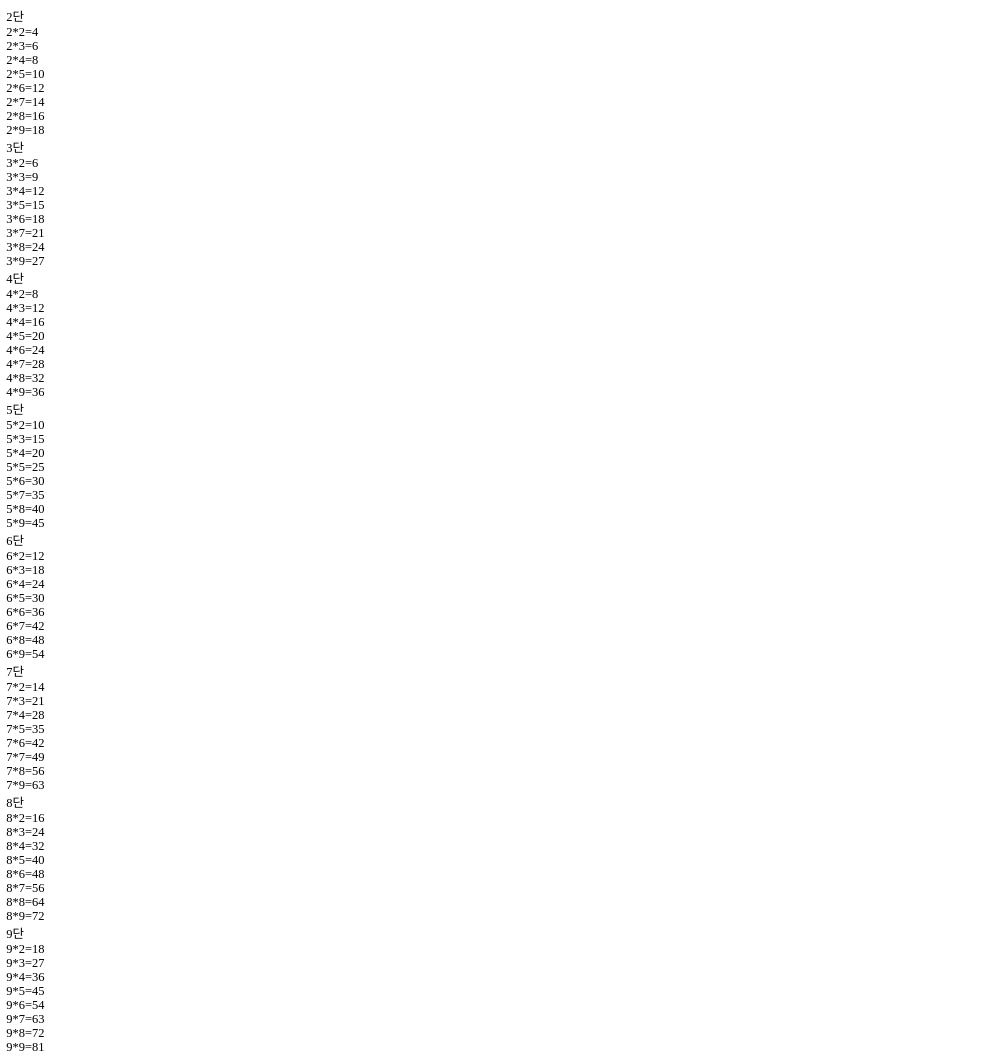
Repository: ksj2001/JSPclass2023
Page: http://localhost/Chapter01/Test04.jsp
The author's editor kept a copy of each file at every save. The page is drawn from the files as they stood at one save, then again after the next save.
The browser window is 1280 px wide. The pictures show the whole page, at 78% of full size.
The page is served by Tomcat 9.

Above is the page before, as saved 2023-11-08 05:44:27.

### Chapter01/src/main/webapp/Test04.jsp
<%@ page language="java" contentType="text/html; charset=UTF-8"
    pageEncoding="UTF-8"%>
<!DOCTYPE html>
<html>
<head>
<meta charset="UTF-8">
<title>Insert title here</title>
</head>
<body>
<%
	for(int i=2;i<10;i++){
%>
	<%=i %>단<br>
<%
		for(int j=2;j<10;j++){
%>
<%=i %>*<%=j %>=<%=i*j %><br>
<%
		}
	}
%>
</body>
</html>

After the next save:
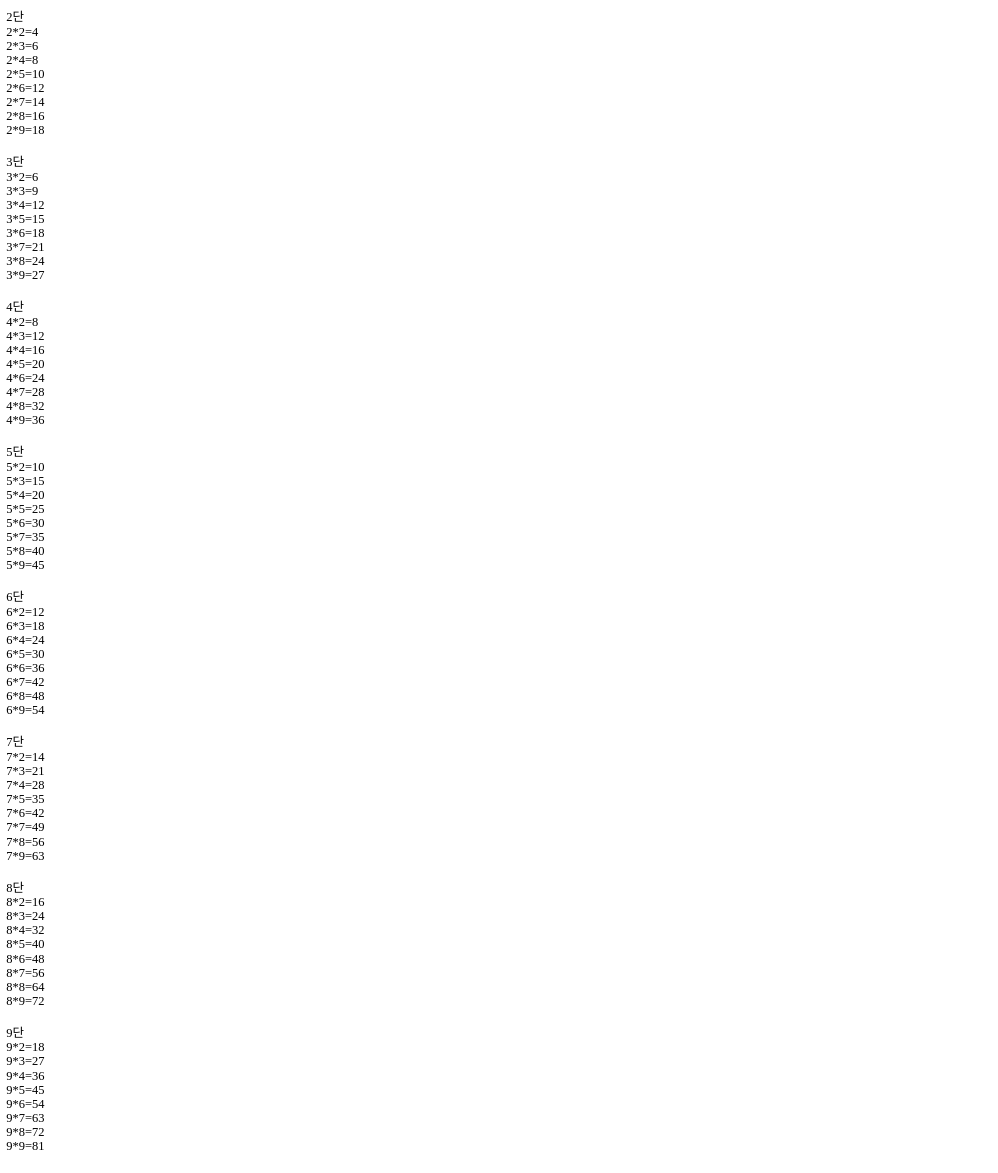
Saved 83 s later.
--- a/Chapter01/src/main/webapp/Test04.jsp
+++ b/Chapter01/src/main/webapp/Test04.jsp
@@ -17,6 +17,9 @@
 <%=i %>*<%=j %>=<%=i*j %><br>
 <%
 		}
+%>
+<br>
+<%
 	}
 %>
 </body>
